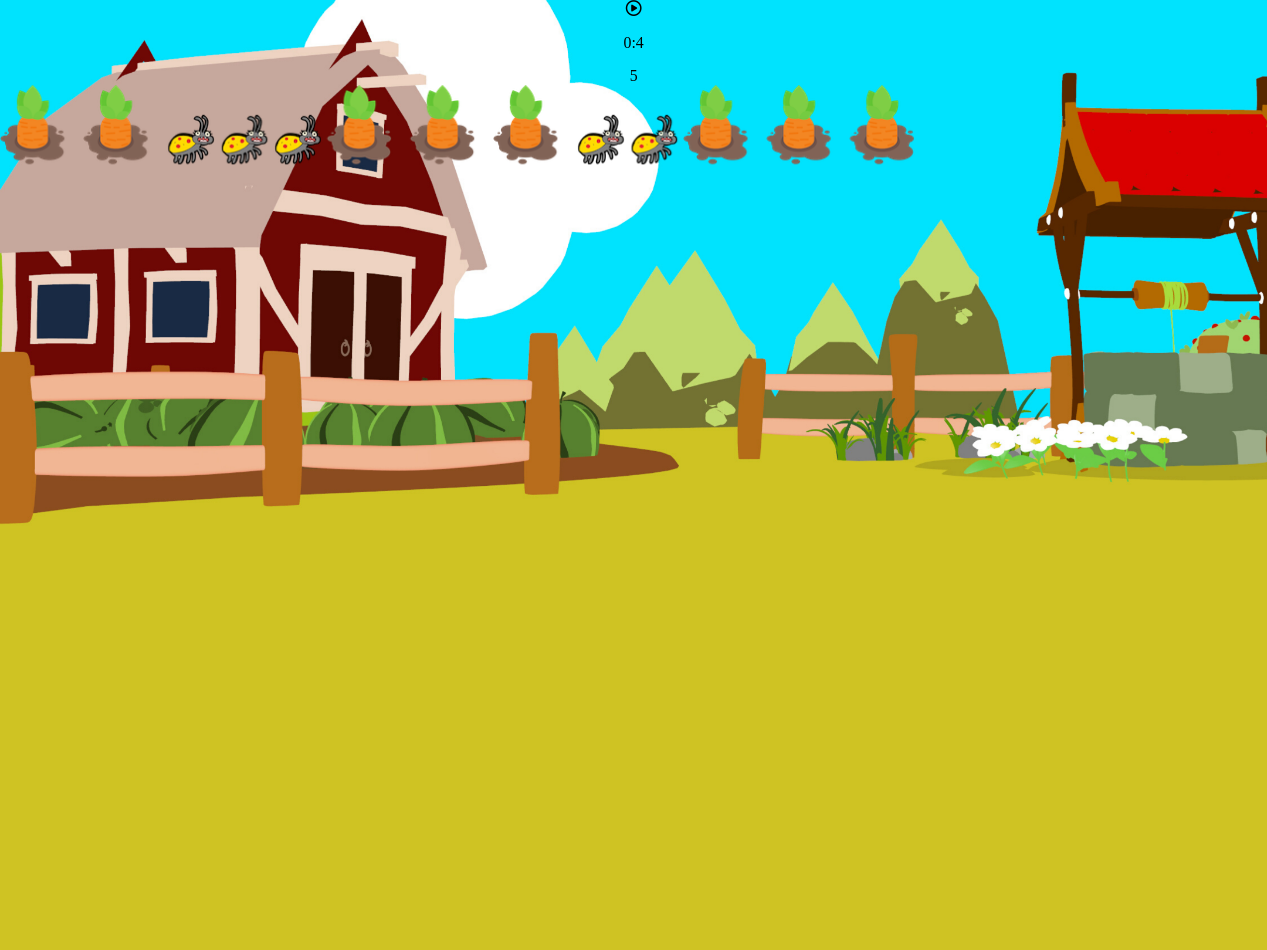
Repository: sephinejo/Mini-carrot-game
Page: index.html
An editor plug-in stored every save of this project. The page is shown before and after the next save, followed by the edit.
The browser window is 1280 px wide. The pictures show the whole page, at 99% of full size.
Some web libraries are served in a nearby version.

Above is the page before, as saved 2023-05-14 21:14:09.

After the next save:
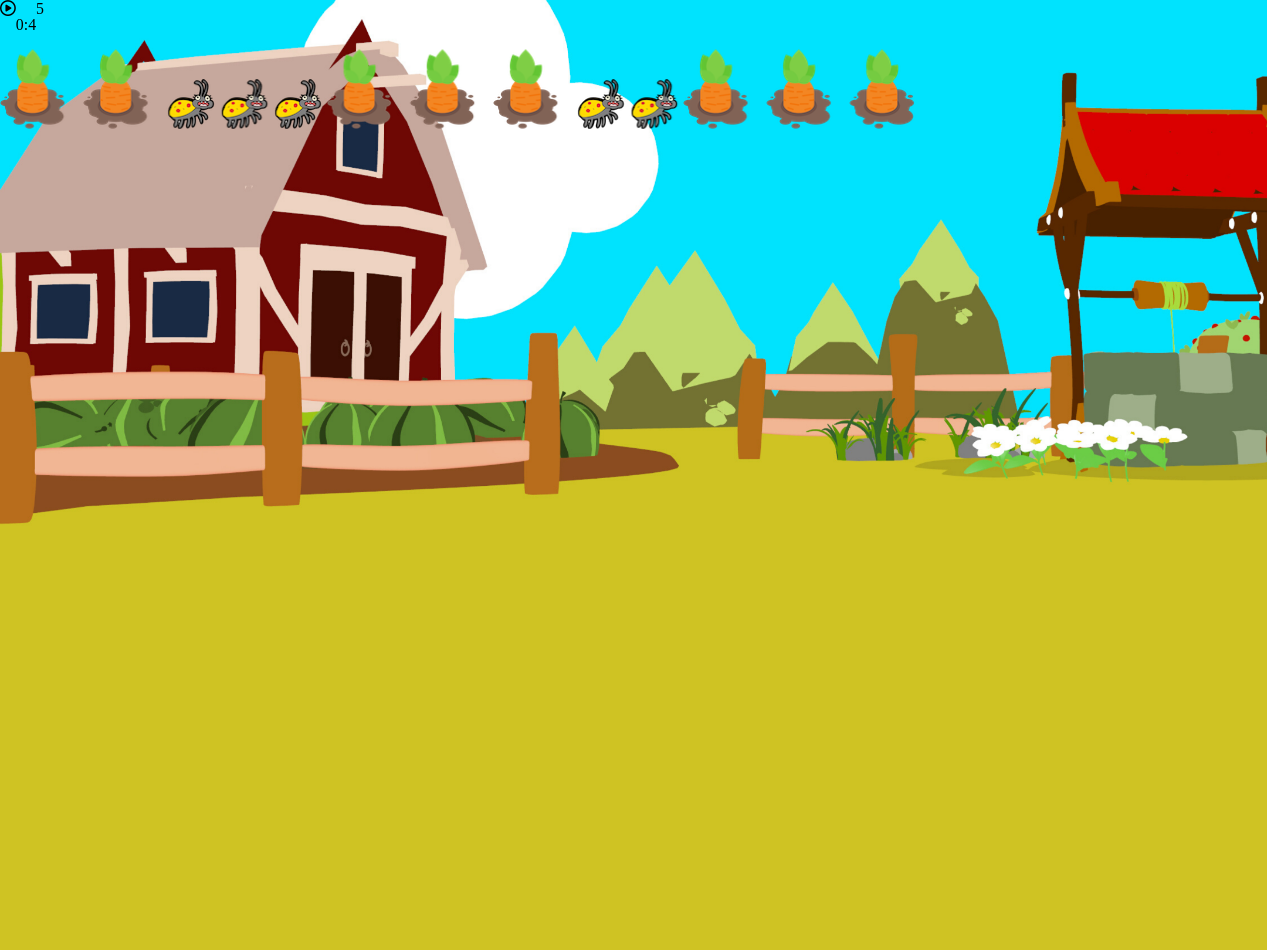
Saved 10 s later.
--- a/style.css
+++ b/style.css
@@ -13,5 +13,5 @@
 }
 
 .infos {
-  text-align: center;
+  display: flex;
 }

After the save that followed:
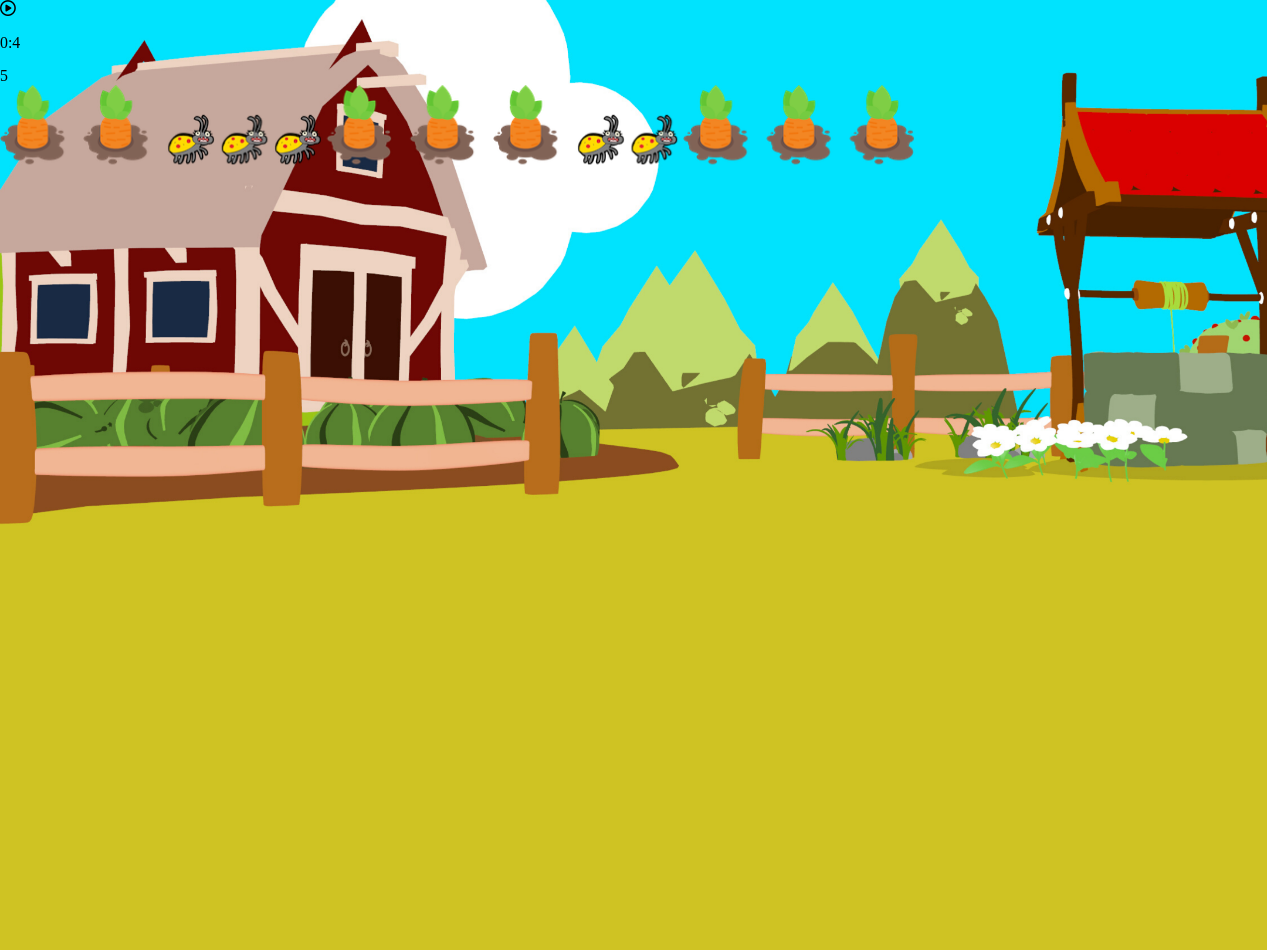
Saved 5 s later.
--- a/style.css
+++ b/style.css
@@ -14,4 +14,5 @@
 
 .infos {
   display: flex;
+  flex-direction: column;
 }
